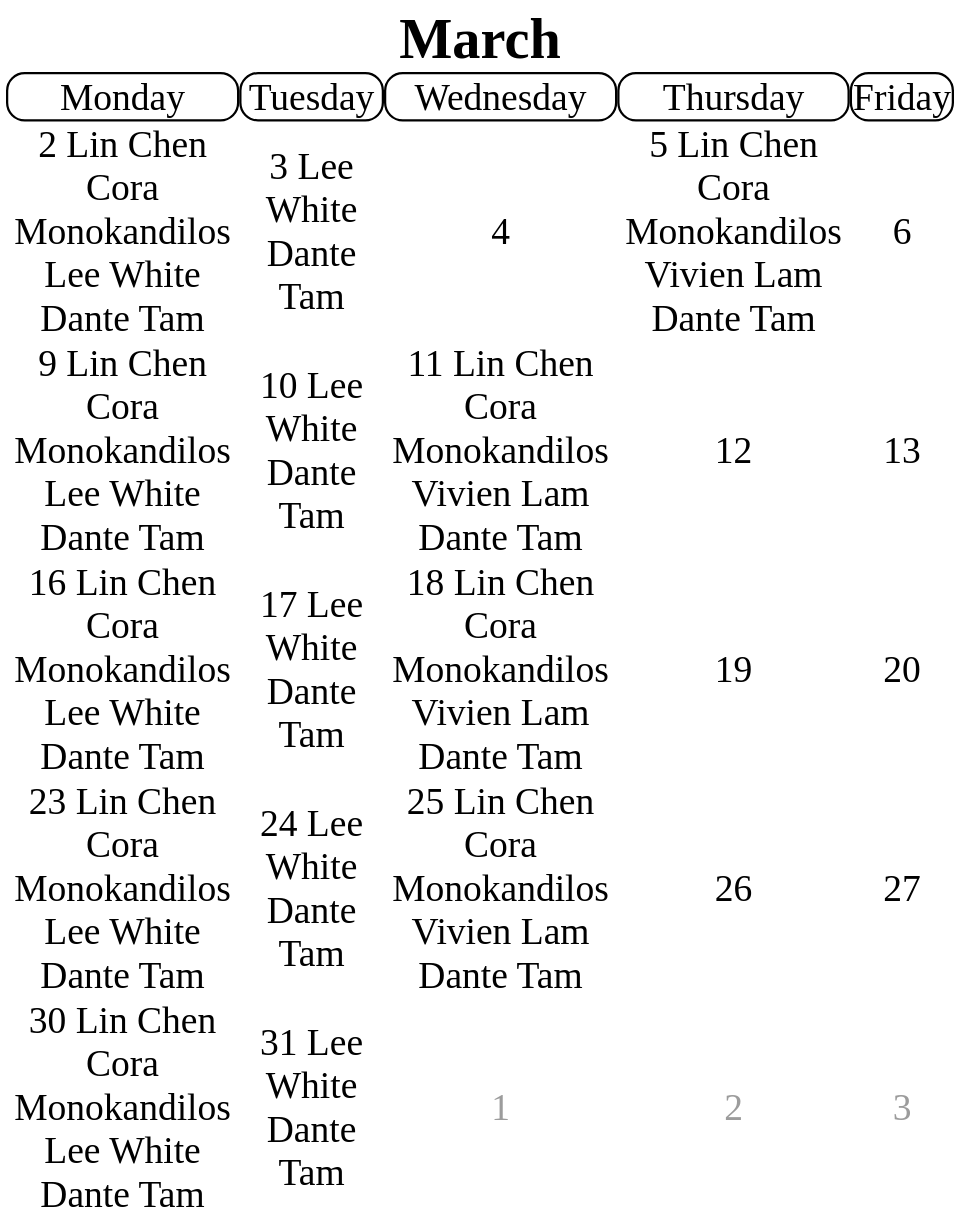
Repository: shleewhite/missionBitCalendar
Page: views/mar.html
The author's editor kept a record of every edit. The page is drawn from the files as they stood at one moment, then again after the next edit.
The browser window is 1280 px wide. The pictures show the whole page, at 75% of full size.

Above is the page before.

### views/mar.html
<article id="mar">
<html>
    <link rel="stylesheet" type="text/css" href="main.css">
    <head></head>
    <body>
        <table id="monthTable">
                <th class="monthHeader" colspan="5">March</th>
            <tr>
                <td class="weekday">Monday</td>
                <td class="weekday">Tuesday</td>
                <td class="weekday">Wednesday</td>
                <td class="weekday">Thursday</td>
                <td class="weekday">Friday</td>
            </tr>
            <tr>
                <td>2 Lin Chen<br>Cora Monokandilos<br>Lee White<br>Dante Tam</td>
                <td>3 Lee White<br>Dante Tam</td>
                <td>4</td>
                <td>5 Lin Chen<br>Cora Monokandilos<br>Vivien Lam<br>Dante Tam</td>
                <td>6</td>
            </tr>
            <tr>
                <td>9 Lin Chen<br>Cora Monokandilos<br>Lee White<br>Dante Tam</td>
                <td>10 Lee White<br>Dante Tam</td>
                <td>11 Lin Chen<br>Cora Monokandilos<br>Vivien Lam<br>Dante Tam</td>
                <td>12</td>
                <td>13</td>
            </tr>
            <tr>
                <td>16 Lin Chen<br>Cora Monokandilos<br>Lee White<br>Dante Tam</td>
                <td>17 Lee White<br>Dante Tam</td>
                <td>18 Lin Chen<br>Cora Monokandilos<br>Vivien Lam<br>Dante Tam</td>
                <td>19</td>
                <td>20</td>
            </tr>
            <tr>
                <td>23 Lin Chen<br>Cora Monokandilos<br>Lee White<br>Dante Tam</td>
                <td>24 Lee White<br>Dante Tam</td>
                <td>25 Lin Chen<br>Cora Monokandilos<br>Vivien Lam<br>Dante Tam</td>
                <td>26</td>
                <td>27</td>
            </tr>
            <tr>
                <td>30 Lin Chen<br>Cora Monokandilos<br>Lee White<br>Dante Tam</td>
                <td>31 Lee White<br>Dante Tam</td>
                <td class="nextMonth">1</td>
                <td class="nextMonth">2</td>
                <td class="nextMonth">3</td>
            </tr>
        </table>
    </body>
</html>

### views/main.css
table {
    text-align: center;
    font-size: 50px;
    width: 100%;
    height: 700px;
    border-spacing: 50px 20px;

}
table th {
    text-align: center;
}
#year{
    /*font-family: 'Lobster', cursive;*/
    font-size: 100px;
}
.month{
    border-collapse: separate;
    border-color: #000000;
    border-radius: 25px;
    border-style: double;

    border-top-width: 15px;
    border-bottom-width: 15px;
    border-left-width: 15px;
    border-right-width: 15px;
    cursor: pointer;
}
.monthHeader {
    font-size: 75px;
    border-style: none;
}
.weekday {
    font-size: 50px;
    border-style: solid;
    border-radius: 25px;
}
#monthTable {
    border-spacing: 0px;
    border-color: #000000;
    border-radius: 25px;
    cursor: pointer;
    padding: 0px;
}
.days {
    font-size: 20px;
    text-align: left;
    border-style: double;
}
.noOne {
    text-align: center;
}
.nextMonth {
    color: #9C9C9C;
}

After the next edit:
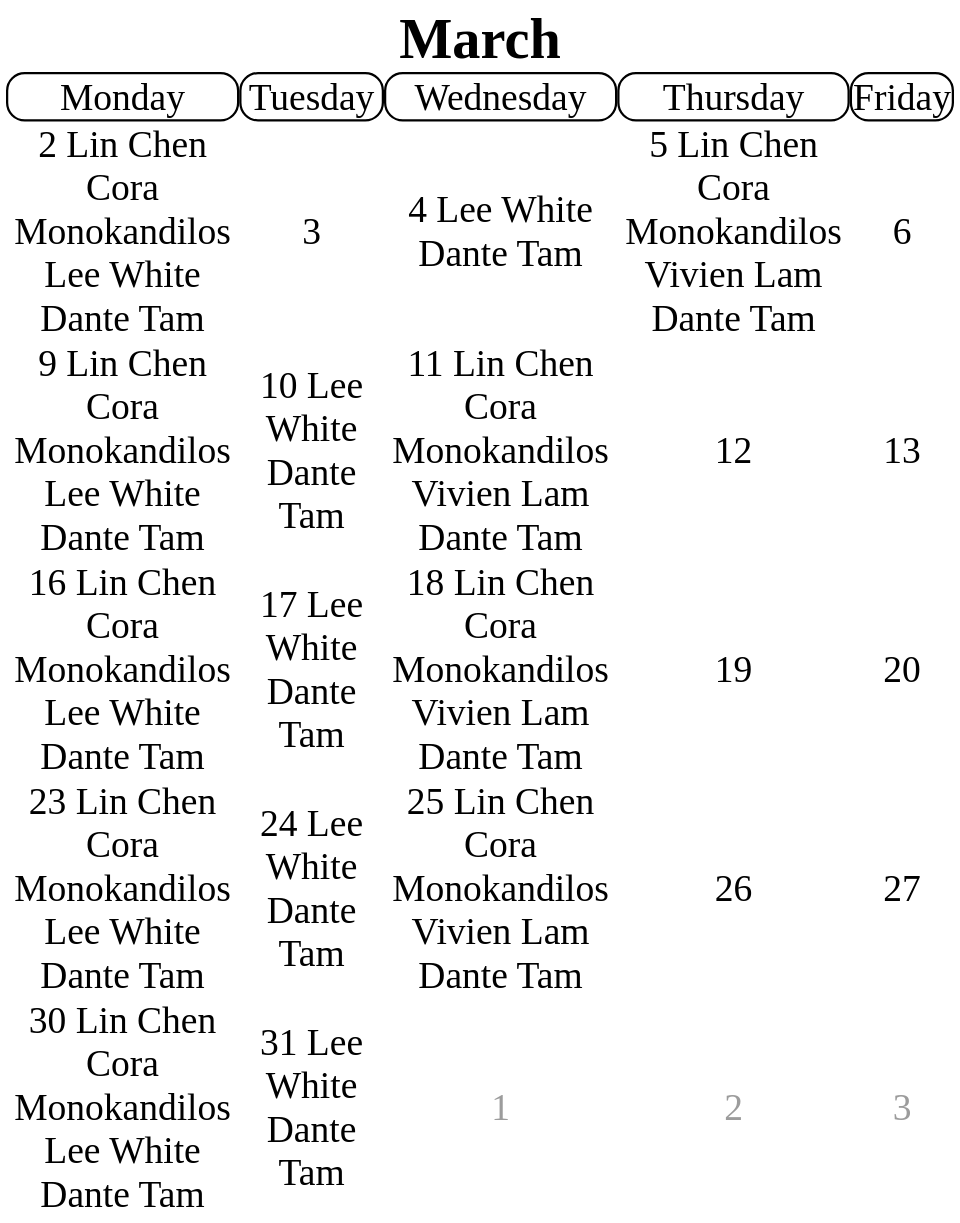
The edit:
--- a/views/mar.html
+++ b/views/mar.html
@@ -14,8 +14,8 @@
             </tr>
             <tr>
                 <td>2 Lin Chen<br>Cora Monokandilos<br>Lee White<br>Dante Tam</td>
-                <td>3 Lee White<br>Dante Tam</td>
-                <td>4</td>
+                <td>3</td>
+                <td>4 Lee White<br>Dante Tam</td>
                 <td>5 Lin Chen<br>Cora Monokandilos<br>Vivien Lam<br>Dante Tam</td>
                 <td>6</td>
             </tr>
